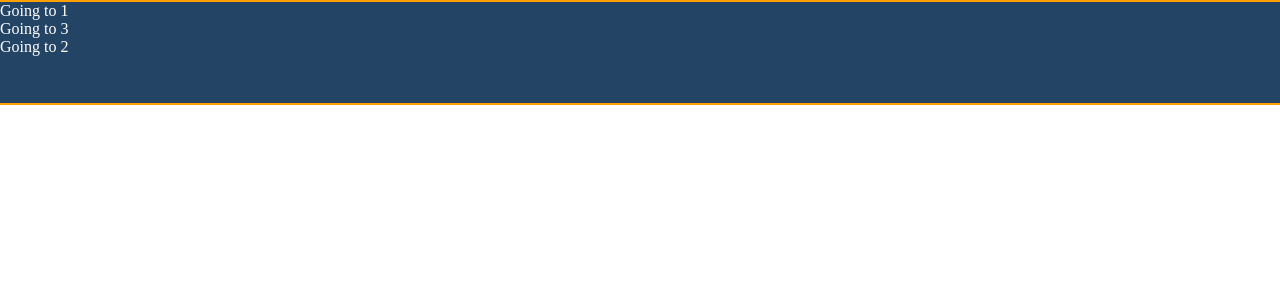
Repository: vsterev/origami
Page: /
These files come from the project's save history. The page is drawn as it stood at one moment and after the next save; the edit follows.
The browser window is 1280 px wide. The pictures show the whole page.
The project was rebuilt for these pictures with package versions that can differ from the ones it lists, and the page was loaded fresh each time.

Above is the page before, as saved 2020-07-12 07:59:52.

### public/index.html
<!DOCTYPE html>
<html lang="en">
  <head>
    <meta charset="utf-8" />
    <link rel="icon" href="%PUBLIC_URL%/favicon.ico" />
    <meta name="viewport" content="width=device-width, initial-scale=1" />
    <meta name="theme-color" content="#000000" />
    <meta
      name="description"
      content="Web site created using create-react-app"
    />
    <link rel="apple-touch-icon" href="%PUBLIC_URL%/logo192.png" />
    <!--
      manifest.json provides metadata used when your web app is installed on a
      user's mobile device or desktop. See https://developers.google.com/web/fundamentals/web-app-manifest/
    -->
    <!--
      Notice the use of %PUBLIC_URL% in the tags above.
      It will be replaced with the URL of the `public` folder during the build.
      Only files inside the `public` folder can be referenced from the HTML.

      Unlike "/favicon.ico" or "favicon.ico", "%PUBLIC_URL%/favicon.ico" will
      work correctly both with client-side routing and a non-root public URL.
      Learn how to configure a non-root public URL by running `npm run build`.
    -->
    <title>Origami workshop</title>
  </head>
  <body>
    <noscript>You need to enable JavaScript to run this app.</noscript>
    <div id="root"></div>
    <!--
      This HTML file is a template.
      If you open it directly in the browser, you will see an empty page.

      You can add webfonts, meta tags, or analytics to this file.
      The build step will place the bundled scripts into the <body> tag.

      To begin the development, run `npm start` or `yarn start`.
      To create a production bundle, use `npm run build` or `yarn build`.
    -->
  </body>
</html>

### src/index.css

@import url('https://fonts.googleapis.com/css?family=Indie+Flower&display=swap');
* {
    margin: 0;
    padding: 0;
    font-family: 'Indie- Flower', cursive;
}

### src/App.js
import React from 'react';
import './App.css';
import Header from './components/header'
function App() {
  return (
    <div className="App">
      <Header />
    </div>
  );
}

export default App;

### src/App.css
.App {
  max-width: 100%;
  margin: 0 auto;
}

.Container {
  margin-top: 8.5%;
  padding: 0.5%;
  /* border: 1px solid purple; */
  margin-bottom: 0.1%;
}

### src/components/header/index.js
import React from 'react'
import './styles.css'

function Header() {
    return (
        <nav className="Navigation">
            <ul className="Link">Going to 1</ul>
            <ul className="Link">Going to 3</ul>
            <ul className="Link">Going to 2</ul>
        </nav>
    )
}
export default Header

### src/components/header/styles.css
.Navigation {
    width: 100%;
    height: 14vh;
    background-color: #234465;
    color: white;
    position: fixed;
    top: 0;
    border-bottom: 2px solid #ffa000;
    border-top: 2px solid #ffa000;
}
nav .listItem a {
    color: white;
    text-decoration: none;
}

nav .listItem, footer .listItem {
    display: inline-block;
    height: auto;
    margin-right: 2%;
    cursor: pointer;
    padding: 0.5%;
    margin: 0.1%;
    vertical-align: top;
}

nav .listItem:not(:first-child) {
    padding: 2%;
    margin-top: 1.5%;
    border-top: 2px solid #ffa000;
}

nav .listItem:hover {
    border-top: none;
    border-bottom: 2px solid #ffa000;
    font-weight: bold;
}

Loaded but not shown: src/index.js (common file)

After the next save:
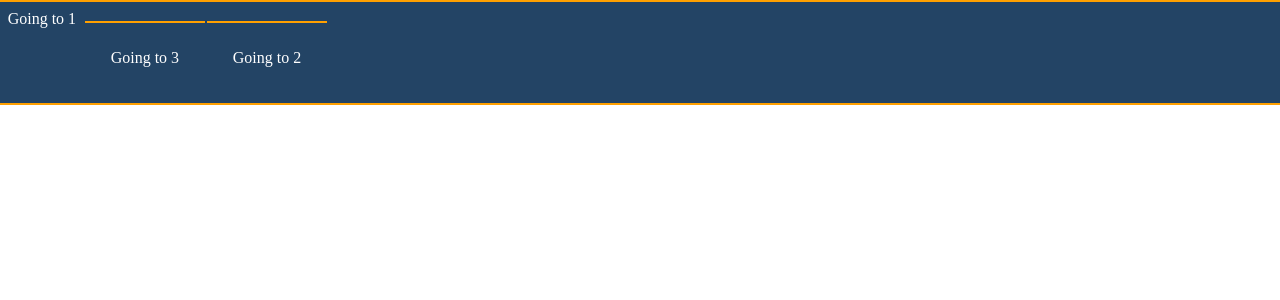
Saved 43 s later.
--- a/src/components/header/index.js
+++ b/src/components/header/index.js
@@ -4,9 +4,9 @@
 function Header() {
     return (
         <nav className="Navigation">
-            <ul className="Link">Going to 1</ul>
-            <ul className="Link">Going to 3</ul>
-            <ul className="Link">Going to 2</ul>
+            <ul className="listItem">Going to 1</ul>
+            <ul className="listItem">Going to 3</ul>
+            <ul className="listItem">Going to 2</ul>
         </nav>
     )
 }
